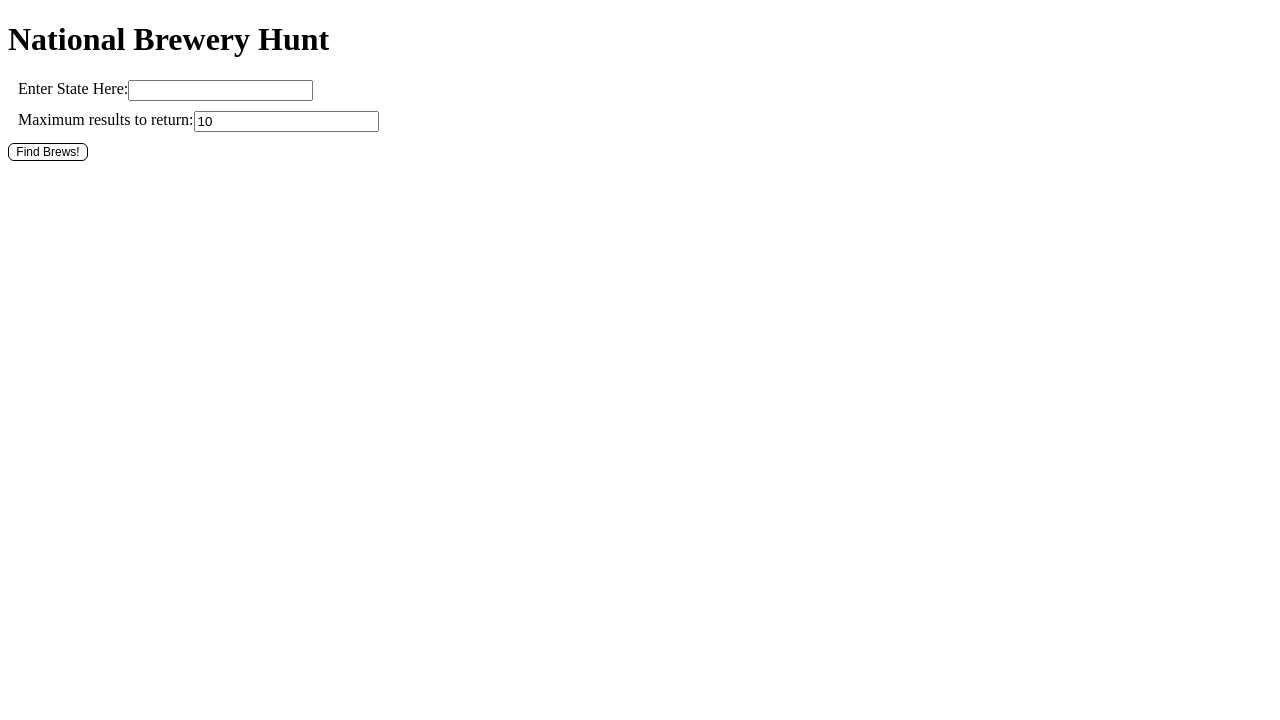
Repository: kaitlynMidori/searchBrews
Page: index.html
An editor plug-in stored every save of this project. The page is shown before and after the next save, followed by the edit.
The browser window is 1280 px wide. The pictures show the whole page.

Above is the page before, as saved 2021-01-04 09:05:55.

After the next save:
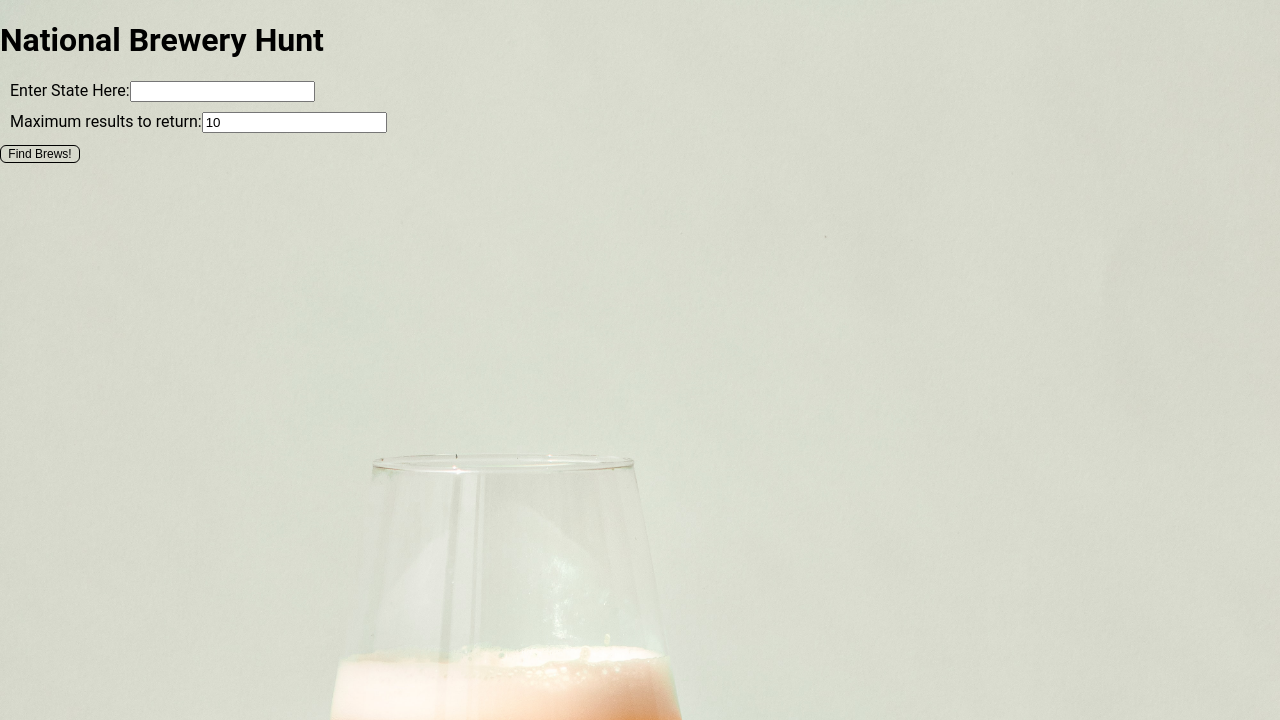
Saved 4 days later.
--- a/style.css
+++ b/style.css
@@ -1,4 +1,14 @@
 
+body {
+    font-family: "Roboto", sans-serif;
+    color: black;
+    margin: 0;
+    background: cover;
+    background-image: url("screenshots/beer.jpg");
+    background-repeat: repeat;
+    background-size: cover;
+    background-color: black;
+}
 
 .results-amount {
     border: 1px solid black;
